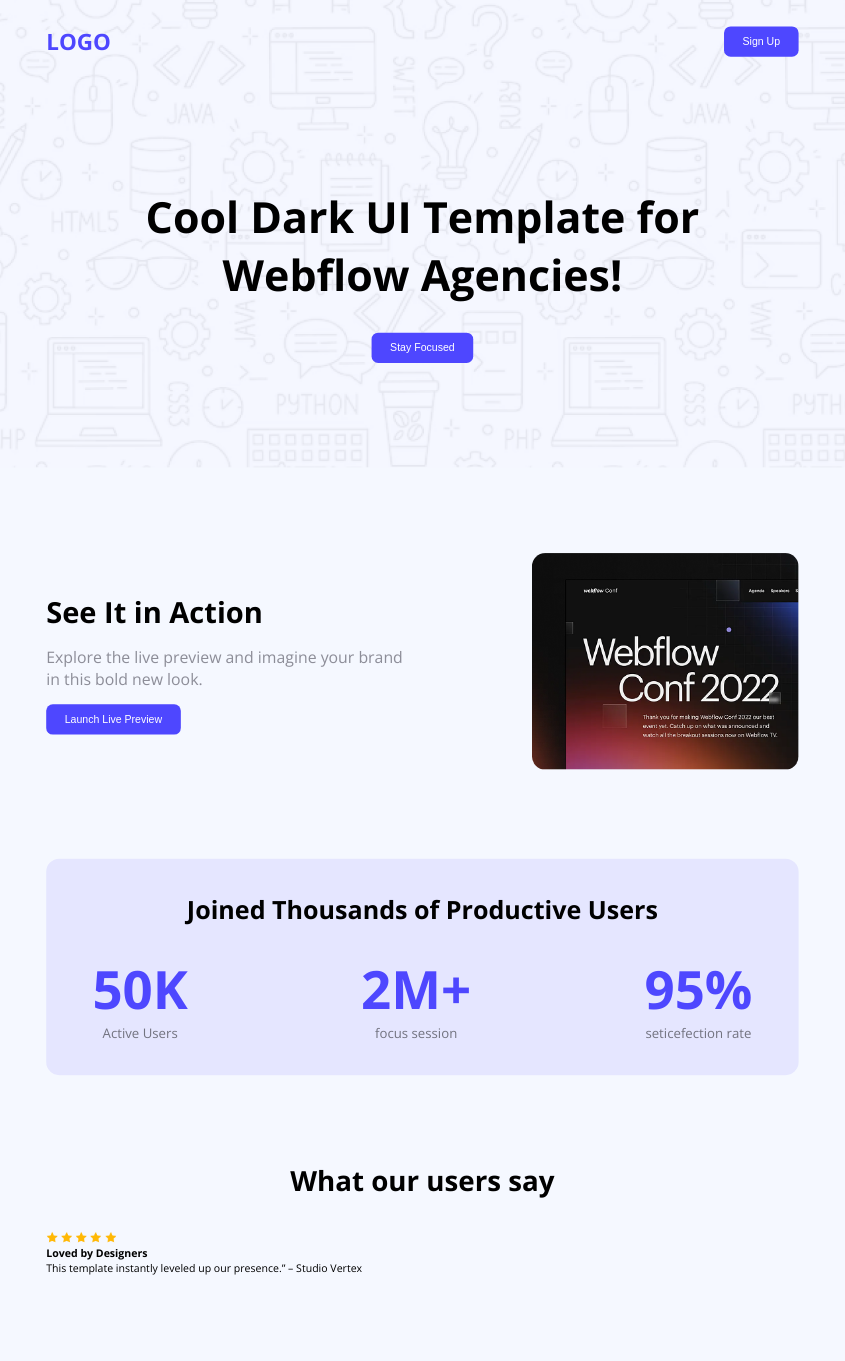
Repository: nahid-hasann/website-3
Page: index.html
The author's editor kept a copy of each file at every save. The page is drawn from the files as they stood at one save, then again after a run of saves.
The browser window is 1280 px wide. The pictures show the whole page, at 66% of full size.

Above is the page before, as saved 2025-07-10 20:52:05.

### index.html
<!DOCTYPE html>
<html lang="en">
<head>
    <meta charset="UTF-8">
    <meta name="viewport" content="width=device-width, initial-scale=10">
    <title>MH NaHid</title>
    <link rel="preconnect" href="https://fonts.googleapis.com">
<link rel="preconnect" href="https://fonts.gstatic.com" crossorigin>
<link href="https://fonts.googleapis.com/css2?family=Open+Sans:ital,wght@0,300..800;1,300..800&family=Raleway:ital,wght@0,100..900;1,100..900&display=swap" rel="stylesheet">
<link rel="stylesheet" href="style.css">
</head>
<body class="open-sans-normal">


<header class="header-section">
      <section class="section-1">
       <h1 style="font-size: 34px; color: #4e47ff;">LOGO</h1>
       <button class="btn">Sign Up</button>
      </section>

      <section class="section-2">
        <h1 style="font-size: 65px; text-align: center;">Cool Dark UI Template for <br> Webflow Agencies!</h1>
        <br>
        <br>
        <button class="btn">Stay Focused</button>
      </section>


</header>


<main>

<section class="action-section">

<div class="action-title">
    <h1>See It in Action</h1>
    <br>
    <p>Explore the live preview and imagine your brand <br> in this bold new look.</p>
    <br>
    <button class="btn">Launch Live Preview</button>
</div>

<div class="action-img">
    <img src="Assets/wc-mini.png" alt="">
</div>


</section>

<section class="productive-user">

     <h1 style="text-align: center; font-size: 38px ; font-weight: 700;">Joined Thousands of Productive Users</h1>

     <div class="productive-user-review">

       <div class="productive-user-songkha">
         <h1>50K</h1>
         <p>Active Users</p>
       </div>
       <div class="productive-user-songkha">
         <h1>2M+</h1>
         <p>focus session</p>
       </div>
       <div class="productive-user-songkha">
         <h1>95%</h1>
         <p>seticefection rate</p>
       </div>

     </div>



</section>


<section class="feedback-section">

    <h1>What our users say</h1>

    <div class="feedback-review">
        <img src="Assets/icon-star.png" alt="">
        <img src="Assets/icon-star.png" alt="">
        <img src="Assets/icon-star.png" alt="">
        <img src="Assets/icon-star.png" alt="">
        <img src="Assets/icon-star.png" alt="">
        <h4>Loved by Designers</h4>
        <p>This template instantly leveled up our presence.” – Studio Vertex</p>

        <div class="reviwer">

            <div></div>

        </div>

    </div>

</section>




</main>






</body>
</html>

### style.css
*{
    margin: 0;
    padding: 0;
    box-sizing: border-box;
}

body{
    background-color: #f5f8ff;
}


.open-sans-normal {
  font-family: "Open Sans", sans-serif;
  font-optical-sizing: auto;
  font-style: normal;
  font-variation-settings:
    "wdth" 100;
}

.header-section{
    background-image: url('Assets/Hero-bg.png');
    background-repeat: no-repeat;
    background-position: center;
    background-size: cover;
    /* height: 700px; */
}

.section-1{
    display: flex;
    justify-content: space-between;
    padding: 40px 0;
    width: 1140px;
    margin: auto;
}

.btn{
    padding: 14px 28px;
    border: none;
    background-color: #4e47ff ;
    color: white;
    border-radius: 10px;
    display: block;
    font-size: 16px;
}

.btn:hover{
    background-color: yellow;
    padding: 14px 30px;
    transition: 0.5s;
    color: black;
}

.section-2{

    display: flex;
    flex-direction: column;
    justify-content: center;
    align-items: center;
    margin:  auto;
    padding: 158px 0;

}

main{
    width: 1140px;
    margin: auto;
}

.action-section{
    display: flex;
    justify-content: space-between;
    margin: 130px 0;
}

.action-title{
    margin: auto 0;
}

.action-img img{
    border-radius: 20px;
    width: 404px;
    height: 328px;
}

.action-title h1{
    font-size: 44px;
}

.action-title p{
    color: rgba(37, 36, 50, 0.5);
    font-size: 24px;
}

.productive-user{
    background-color: #e5e6ff;
    padding: 50px 70px;
    /* display: flex; */
    /* flex-direction: column; */
    /* justify-content: space-between; */
    /* align-items: center; */
    border-radius: 20px;
    margin-bottom: 130px;
}

.productive-user-review {
    display: flex;
    margin-top: 40px;
    gap: 40px;
    justify-content: space-between;
    align-items: center;
}

.productive-user-songkha h1{
    text-align: center;
    font-size: 80px;
    color: #4e47ff;
}

.productive-user-songkha p{
    text-align: center;
    font-size: 20px;
    color: rgba(0, 0, 0, 0.5);
}

.feedback-section{
    margin-bottom: 130px;
}

.feedback-section h1{
    font-size: 42px;
    font-weight: 700;
    text-align: center;
    margin-bottom: 50px;
}

.reviwer p{
    display: inline;
}

After the next 3 saves:
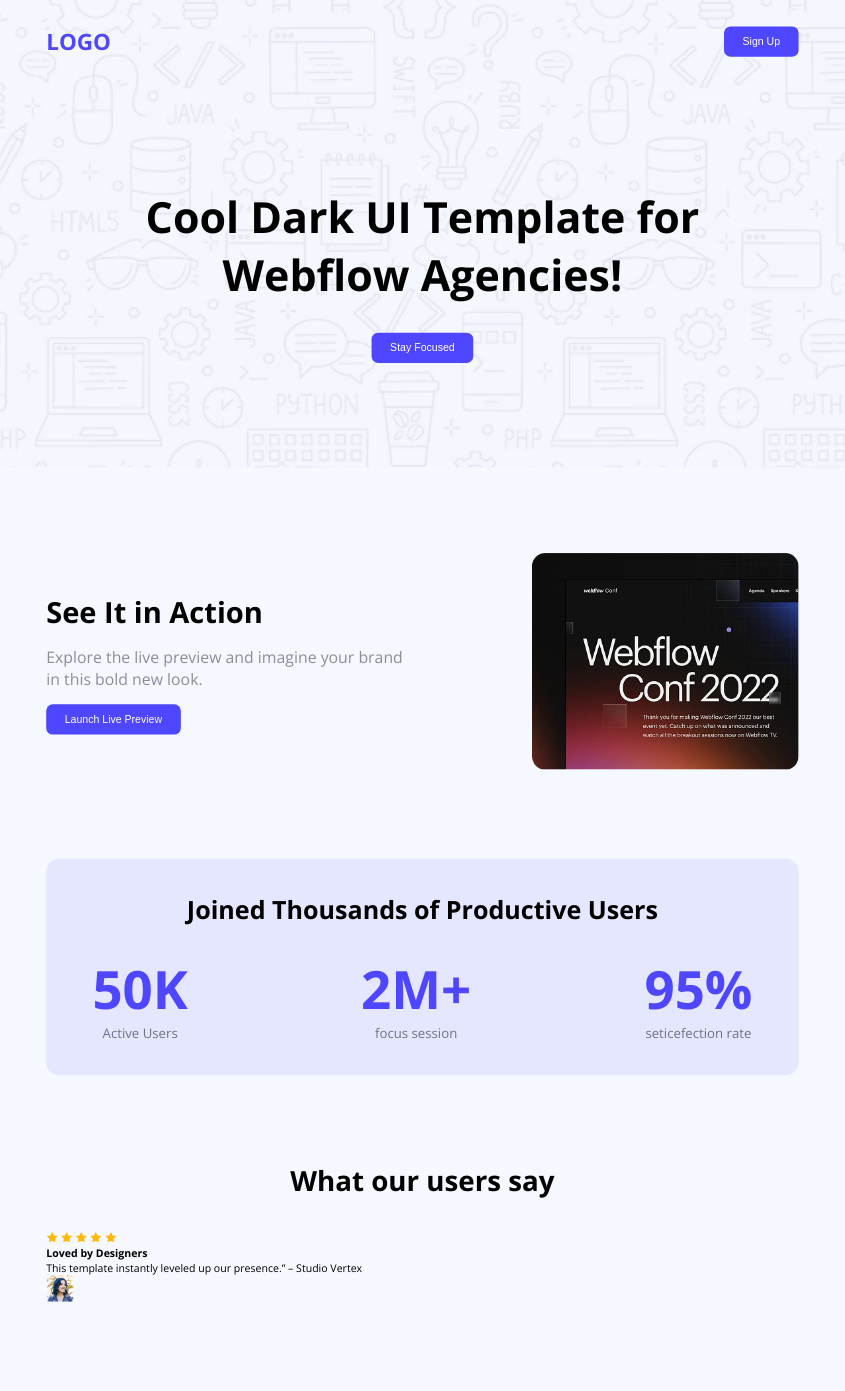
The 3 saves are shown as one change because they came seconds apart.
The last was saved 28 s later.
--- a/index.html
+++ b/index.html
@@ -89,7 +89,10 @@
 
         <div class="reviwer">
 
-            <div></div>
+            <div>
+                <img src="Assets/avatar.png" alt="">
+
+            </div>
 
         </div>
 
